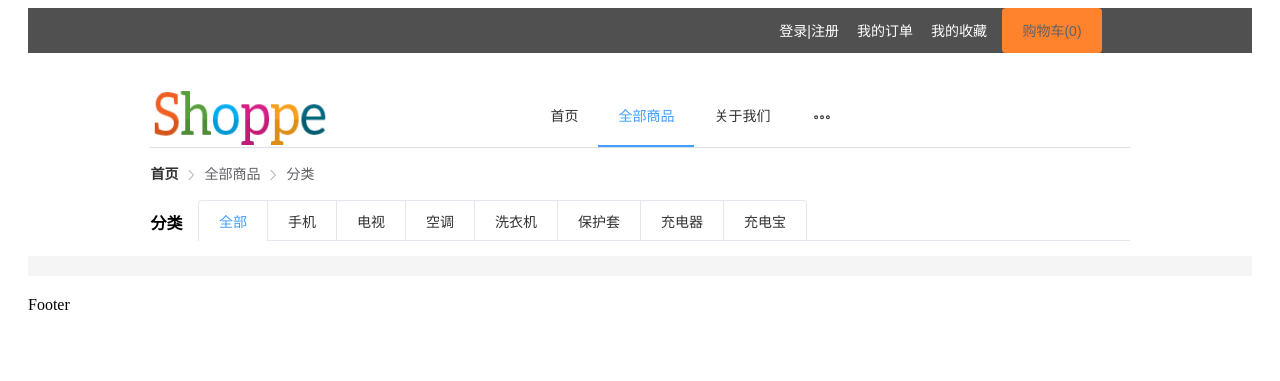
Repository: zhenghaochang/---
Page: /#/allGoods (app in xiaomi/)
An editor plug-in stored every save of this project. The page is shown before and after the next save, followed by the edit.
The browser window is 1280 px wide. The pictures show the whole page.
The project was rebuilt for these pictures with package versions that can differ from the ones it lists, and the page was loaded fresh each time. Also part of the build but not shown: xiaomi/vite.config.js.

Above is the page before, as saved 2025-08-01 15:52:14.

After the next save:
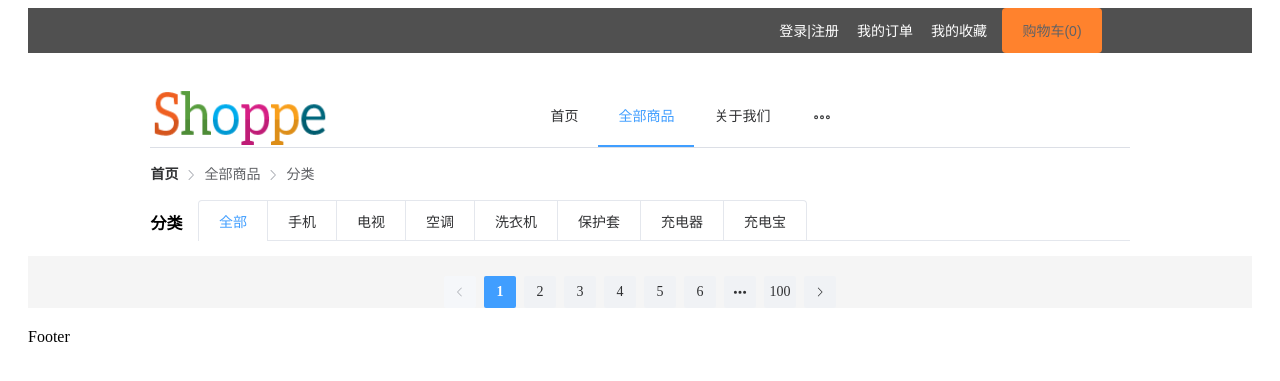
Saved 2 min 31 s later.
--- a/xiaomi/src/view/allGoods.vue
+++ b/xiaomi/src/view/allGoods.vue
@@ -55,7 +55,7 @@ const goodsList = ref([])
                 </div>
             </div>
             <div>
-
+                <el-pagination background layout="prev, pager, next" :total="1000" />
             </div>
         </div>
         <!-- 主体部分END -->
